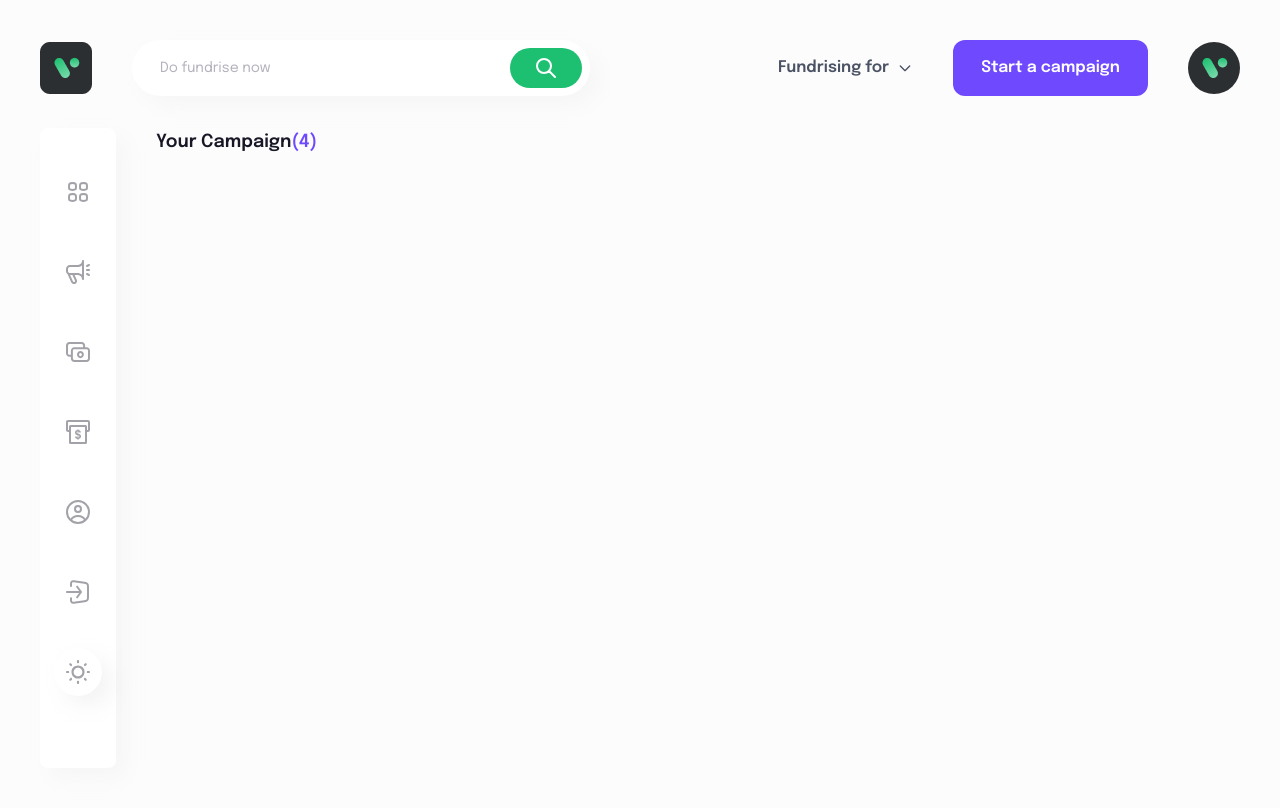
Repository: hoang0508/CrowFunding-APP
Page: /
The author's editor kept a copy of each file at every save. The page is drawn from the files as they stood at one save, then again after the next save.
The browser window is 1280 px wide. The pictures show the whole page.
The project was rebuilt for these pictures with package versions that can differ from the ones it lists, and the page was loaded fresh each time. Also part of the build but not shown: src/components/icons/IconEyeToggle.js, src/components/common/ErrorComponent.js, src/components/button/ButtonGoogle.js. Imported but missing from the stored project, and not drawn on this page: src/store/reducers.

Above is the page before, as saved 2022-07-22 16:22:33.

### public/index.html
<!DOCTYPE html>
<html lang="en">
  <head>
    <meta charset="utf-8" />
    <link rel="icon" href="%PUBLIC_URL%/favicon.ico" />
    <meta name="viewport" content="width=device-width, initial-scale=1" />
    <meta name="theme-color" content="#000000" />
    <meta
      name="description"
      content="Web site created using create-react-app"
    />
    <link rel="apple-touch-icon" href="%PUBLIC_URL%/logo192.png" />
    <!--
      manifest.json provides metadata used when your web app is installed on a
      user's mobile device or desktop. See https://developers.google.com/web/fundamentals/web-app-manifest/
    -->
    <link rel="manifest" href="%PUBLIC_URL%/manifest.json" />
    <!--
      Notice the use of %PUBLIC_URL% in the tags above.
      It will be replaced with the URL of the `public` folder during the build.
      Only files inside the `public` folder can be referenced from the HTML.

      Unlike "/favicon.ico" or "favicon.ico", "%PUBLIC_URL%/favicon.ico" will
      work correctly both with client-side routing and a non-root public URL.
      Learn how to configure a non-root public URL by running `npm run build`.
    -->
    <link rel="preconnect" href="https://fonts.googleapis.com" />
    <link rel="preconnect" href="https://fonts.gstatic.com" crossorigin />
    <link
      href="https://fonts.googleapis.com/css2?family=Epilogue:wght@400;500;600;700&display=swap"
      rel="stylesheet"
    />
    <title>Crowfunding App</title>
  </head>
  <body>
    <noscript>You need to enable JavaScript to run this app.</noscript>
    <div id="root"></div>
    <!--
      This HTML file is a template.
      If you open it directly in the browser, you will see an empty page.

      You can add webfonts, meta tags, or analytics to this file.
      The build step will place the bundled scripts into the <body> tag.

      To begin the development, run `npm start` or `yarn start`.
      To create a production bundle, use `npm run build` or `yarn build`.
    -->
  </body>
</html>

### src/index.js
import React from "react";
import { createRoot } from "react-dom/client";
import App from "./App";
import reportWebVitals from "./reportWebVitals";
import "./index.scss";
import { Provider } from "react-redux";
import { store } from "./store/configureStore";
import { BrowserRouter } from "react-router-dom";

const container = document.getElementById("root");
const root = createRoot(container);

root.render(
  <BrowserRouter>
    <Provider store={store}>
      <App />
    </Provider>
  </BrowserRouter>
);

// If you want to start measuring performance in your app, pass a function
// to log results (for example: reportWebVitals(console.log))
// or send to an analytics endpoint. Learn more: https://bit.ly/CRA-vitals
reportWebVitals();

### src/App.js
import React, { lazy, Suspense } from "react";
import { Route, Routes } from "react-router-dom";
const SignUpPage = lazy(() => import("./pages/SignUpPage"));
const SignInPage = lazy(() => import("./pages/SignInPage"));
const DashboardPage = lazy(() => import("pages/DashboardPage"));

function App() {
  return (
    <Suspense fallback={<></>}>
      <Routes>
        <Route path="/" element={<DashboardPage />}></Route>
        <Route path="/sign-up" element={<SignUpPage />}></Route>
        <Route path="/sign-in" element={<SignInPage />}></Route>
      </Routes>
    </Suspense>
  );
}

export default App;

### src/index.scss
@tailwind base;
@tailwind components;
@tailwind utilities;
@layer base {
  body {
    @apply font-primary text-base font-normal;
    line-height: 1.5;
  }
  input {
    @apply outline-none;
  }
}

input:focus + .error-input {
  display: none;
}

### src/store/configureStore.js
import { configureStore } from "@reduxjs/toolkit";
import createSagaMiddleware from "@redux-saga/core";
import logger from "redux-logger";
import { reducer } from "./reducers";
const sagaMiddleware = createSagaMiddleware();

export const store = configureStore({
  reducer: reducer,
  middleware: (gDM) => gDM().concat(logger, sagaMiddleware),
});
// sagaMiddleware.run(rootSaga);

### src/pages/DashboardPage.js
import Heading from "components/common/Heading";
import LayoutDashboard from "layout/LayoutDashboard";
import React from "react";

const DashboardPage = () => {
  return (
    <LayoutDashboard>
      <Heading number="4">Your Campaign</Heading>
    </LayoutDashboard>
  );
};

export default DashboardPage;

### src/components/icons/index.js
export const { default: IconEyeToggle } = require("./IconEyeToggle");
export const { default: IconDashboard } = require("./IconDashboard");
export const { default: IconCampaign } = require("./IconCampaign");
export const { default: IconDarkmode } = require("./IconDarkmode");
export const { default: IconPayment } = require("./IconPayment");
export const { default: IconProfile } = require("./IconProfile");
export const { default: IconWidthdraw } = require("./IconWidthdraw");
export const { default: IconLogout } = require("./IconLogout");

### src/components/button/index.js
export const { default: Button } = require("./Button");
export const { default: ButtonGoogle } = require("./ButtonGoogle");

### src/components/common/Heading.js
import React from "react";
import classNames from "utils/className";

const Heading = ({ children, className = "", number = "" }) => {
  return (
    <div
      className={classNames("text-lg font-semibold text-text1 mb-5", className)}
    >
      {children}
      {number && <span className="text-secondary">({`${number}`})</span>}
    </div>
  );
};

export default Heading;

### src/layout/LayoutDashboard.js
import DashboardSidebar from "modules/dashboard/DashboardSidebar";
import DashboardTopbar from "modules/dashboard/DashboardTopbar";
import React from "react";

const LayoutDashboard = ({ children }) => {
  return (
    <div className="p-10 bg-lite min-h-screen">
      <DashboardTopbar></DashboardTopbar>
      <div className="flex items-start gap-x-10">
        <DashboardSidebar></DashboardSidebar>
        <div>{children}</div>
      </div>
    </div>
  );
};

export default LayoutDashboard;

### src/components/icons/IconDashboard.js
import React from "react";

const IconDashboard = () => {
  return (
    <span>
      <svg
        width={24}
        height={24}
        viewBox="0 0 24 24"
        fill="none"
        xmlns="http://www.w3.org/2000/svg"
      >
        <path
          fillRule="evenodd"
          clipRule="evenodd"
          d="M3 6.5C3 3.87479 3.02811 3 6.5 3C9.97189 3 10 3.87479 10 6.5C10 9.12521 10.0111 10 6.5 10C2.98893 10 3 9.12521 3 6.5Z"
          stroke="currentColor"
          strokeWidth={2}
          strokeLinecap="round"
          strokeLinejoin="round"
        />
        <path
          fillRule="evenodd"
          clipRule="evenodd"
          d="M14 6.5C14 3.87479 14.0281 3 17.5 3C20.9719 3 21 3.87479 21 6.5C21 9.12521 21.0111 10 17.5 10C13.9889 10 14 9.12521 14 6.5Z"
          stroke="currentColor"
          strokeWidth={2}
          strokeLinecap="round"
          strokeLinejoin="round"
        />
        <path
          fillRule="evenodd"
          clipRule="evenodd"
          d="M3 17.5C3 14.8748 3.02811 14 6.5 14C9.97189 14 10 14.8748 10 17.5C10 20.1252 10.0111 21 6.5 21C2.98893 21 3 20.1252 3 17.5Z"
          stroke="currentColor"
          strokeWidth={2}
          strokeLinecap="round"
          strokeLinejoin="round"
        />
        <path
          fillRule="evenodd"
          clipRule="evenodd"
          d="M14 17.5C14 14.8748 14.0281 14 17.5 14C20.9719 14 21 14.8748 21 17.5C21 20.1252 21.0111 21 17.5 21C13.9889 21 14 20.1252 14 17.5Z"
          stroke="currentColor"
          strokeWidth={2}
          strokeLinecap="round"
          strokeLinejoin="round"
        />
      </svg>
    </span>
  );
};

export default IconDashboard;

### src/components/icons/IconPayment.js
import React from "react";

const IconPayment = () => {
  return (
    <svg
      width={24}
      height={24}
      viewBox="0 0 24 24"
      fill="none"
      xmlns="http://www.w3.org/2000/svg"
    >
      <path
        d="M18.1111 8.14286V5.57143C18.1111 4.88944 17.8536 4.23539 17.3951 3.75315C16.9367 3.27092 16.315 3 15.6667 3H3.44444C2.79614 3 2.17438 3.27092 1.71596 3.75315C1.25754 4.23539 1 4.88944 1 5.57143V13.2857C1 13.9677 1.25754 14.6218 1.71596 15.104C2.17438 15.5862 2.79614 15.8571 3.44444 15.8571H5.88889M8.33333 21H20.5556C21.2039 21 21.8256 20.7291 22.284 20.2468C22.7425 19.7646 23 19.1106 23 18.4286V10.7143C23 10.0323 22.7425 9.37825 22.284 8.89601C21.8256 8.41377 21.2039 8.14286 20.5556 8.14286H8.33333C7.68503 8.14286 7.06327 8.41377 6.60485 8.89601C6.14643 9.37825 5.88889 10.0323 5.88889 10.7143V18.4286C5.88889 19.1106 6.14643 19.7646 6.60485 20.2468C7.06327 20.7291 7.68503 21 8.33333 21ZM16.8889 14.5714C16.8889 15.2534 16.6313 15.9075 16.1729 16.3897C15.7145 16.8719 15.0928 17.1429 14.4444 17.1429C13.7961 17.1429 13.1744 16.8719 12.716 16.3897C12.2575 15.9075 12 15.2534 12 14.5714C12 13.8894 12.2575 13.2354 12.716 12.7532C13.1744 12.2709 13.7961 12 14.4444 12C15.0928 12 15.7145 12.2709 16.1729 12.7532C16.6313 13.2354 16.8889 13.8894 16.8889 14.5714Z"
        stroke="#A2A2A8"
        strokeWidth={2}
        strokeLinecap="round"
        strokeLinejoin="round"
      />
    </svg>
  );
};

export default IconPayment;

### src/components/icons/IconProfile.js
import React from "react";

const IconProfile = () => {
  return (
    <svg
      width={24}
      height={24}
      viewBox="0 0 24 24"
      fill="none"
      xmlns="http://www.w3.org/2000/svg"
    >
      <circle
        cx={12}
        cy={9}
        r={3}
        stroke="#A2A2A8"
        strokeWidth={2}
        strokeLinecap="round"
      />
      <circle cx={12} cy={12} r={11} stroke="#A2A2A8" strokeWidth={2} />
      <path
        d="M19 20C18.5871 18.8525 17.6773 17.8384 16.4117 17.1152C15.146 16.392 13.5953 16 12 16C10.4047 16 8.85398 16.392 7.58835 17.1152C6.32271 17.8384 5.41289 18.8525 5 20"
        stroke="#A2A2A8"
        strokeWidth={2}
        strokeLinecap="round"
      />
    </svg>
  );
};

export default IconProfile;

### src/components/icons/IconWidthdraw.js
import React from "react";

const IconWidthdraw = () => {
  return (
    <svg
      width={24}
      height={24}
      viewBox="0 0 24 24"
      fill="none"
      xmlns="http://www.w3.org/2000/svg"
    >
      <path
        d="M4.46098 11H2.1C1.49249 11 1 10.5026 1 9.88889V2.11111C1 1.49746 1.49249 1 2.1 1H21.9C22.5075 1 23 1.49746 23 2.11111V9.88889C23 10.5026 22.5075 11 21.9 11H19.8207"
        stroke="#A2A2A8"
        strokeWidth={2}
      />
      <path
        d="M19.4286 6H4.57143C4.25583 6 4 6.24551 4 6.54839V22.4516C4 22.7545 4.25583 23 4.57143 23H19.4286C19.7442 23 20 22.7545 20 22.4516V6.54839C20 6.24551 19.7442 6 19.4286 6Z"
        stroke="#A2A2A8"
        strokeWidth={2}
      />
      <path
        d="M15 16.3794C15 16.8153 14.8949 17.2259 14.6848 17.6114C14.4825 17.9886 14.179 18.3029 13.7744 18.5543C13.3775 18.7973 12.9066 18.9398 12.3619 18.9817V20H11.6148V18.9691C10.8366 18.8937 10.2101 18.6423 9.73537 18.2149C9.2607 17.779 9.0156 17.1924 9 16.4549H10.751C10.7977 17.0583 11.0856 17.4229 11.6148 17.5486V15.1474C11.0545 14.9966 10.6031 14.8457 10.2607 14.6949C9.9183 14.544 9.62258 14.301 9.37358 13.9657C9.1245 13.6304 9 13.1737 9 12.5954C9 11.8663 9.24128 11.2713 9.72375 10.8103C10.214 10.3493 10.8443 10.0853 11.6148 10.0183V9H12.3619V10.0183C13.109 10.0853 13.7043 10.3284 14.1479 10.7474C14.5992 11.1665 14.8522 11.7447 14.9066 12.4823H13.144C13.1206 12.2393 13.0389 12.0297 12.8988 11.8537C12.7665 11.6693 12.5876 11.5394 12.3619 11.464V13.84C12.9455 13.9993 13.4047 14.1543 13.7393 14.3051C14.0817 14.4476 14.3774 14.6864 14.6264 15.0217C14.8755 15.3486 15 15.8011 15 16.3794ZM10.7043 12.5074C10.7043 12.784 10.7821 13.0103 10.9378 13.1863C11.0934 13.3539 11.3191 13.4922 11.6148 13.6011V11.4263C11.3346 11.4682 11.1128 11.5813 10.9494 11.7657C10.786 11.9501 10.7043 12.1973 10.7043 12.5074ZM12.3619 17.5737C12.6576 17.515 12.8872 17.3851 13.0506 17.184C13.2218 16.9829 13.3074 16.7398 13.3074 16.4549C13.3074 16.1783 13.2256 15.9562 13.0622 15.7886C12.8988 15.621 12.6654 15.4827 12.3619 15.3737V17.5737Z"
        fill="#A2A2A8"
      />
    </svg>
  );
};

export default IconWidthdraw;

### src/components/icons/IconLogout.js
import React from "react";

const IconLogout = () => {
  return (
    <svg
      width={24}
      height={24}
      viewBox="0 0 24 24"
      fill="none"
      xmlns="http://www.w3.org/2000/svg"
    >
      <path
        d="M5.67965 22.2267L5.01948 22.9778L5.67965 22.2267ZM21.2533 20.1437L22.0045 20.8039L21.2533 20.1437ZM16.7701 2.52318L16.6417 3.51491L16.7701 2.52318ZM5.67965 1.77328L5.01948 1.02216L5.67965 1.77328ZM9.38503 2.57581L16.6417 3.51491L16.8984 1.53145L9.64171 0.592353L9.38503 2.57581ZM21 8.47356V15.5264H23V8.47356H21ZM16.6417 20.4851L9.38502 21.4242L9.64171 23.4076L16.8984 22.4685L16.6417 20.4851ZM6 6.64513V5.551H4V6.64513H6ZM6 18.449V17.5726H4V18.449H6ZM9.38502 21.4242C8.30383 21.5641 7.5977 21.6531 7.07374 21.6474C6.57822 21.642 6.42467 21.5502 6.33983 21.4756L5.01948 22.9778C5.61428 23.5006 6.32624 23.6394 7.05199 23.6473C7.74929 23.6549 8.62019 23.5398 9.64171 23.4076L9.38502 21.4242ZM4 18.449C4 19.479 3.99767 20.3575 4.09468 21.0481C4.19565 21.7668 4.42467 22.455 5.01948 22.9778L6.33983 21.4756C6.25498 21.401 6.14417 21.2605 6.07523 20.7698C6.00233 20.2509 6 19.5392 6 18.449H4ZM21 15.5264C21 16.8086 20.9981 17.6759 20.9147 18.3324C20.8348 18.9608 20.6934 19.2661 20.5022 19.4836L22.0045 20.8039C22.56 20.1719 22.7919 19.4245 22.8987 18.5846C23.0019 17.7728 23 16.7561 23 15.5264H21ZM16.8984 22.4685C18.1179 22.3107 19.1264 22.1821 19.9182 21.9756C20.7375 21.7619 21.4489 21.436 22.0045 20.8039L20.5022 19.4836C20.3111 19.701 20.0264 19.8804 19.4135 20.0403C18.7731 20.2074 17.9133 20.3205 16.6417 20.4851L16.8984 22.4685ZM16.6417 3.51491C17.9133 3.67947 18.7731 3.79264 19.4135 3.95967C20.0264 4.11956 20.3111 4.29896 20.5022 4.51643L22.0045 3.19609C21.4489 2.56405 20.7375 2.2381 19.9182 2.02442C19.1264 1.81788 18.1179 1.68927 16.8984 1.53145L16.6417 3.51491ZM23 8.47356C23 7.2439 23.0019 6.22723 22.8987 5.41542C22.7919 4.57554 22.56 3.82812 22.0045 3.19609L20.5022 4.51643C20.6934 4.73391 20.8348 5.03922 20.9147 5.66765C20.9981 6.32415 21 7.19136 21 8.47356H23ZM9.64171 0.592353C8.62019 0.460156 7.74929 0.345098 7.05199 0.352683C6.32624 0.360577 5.61428 0.499373 5.01948 1.02216L6.33983 2.52439C6.42467 2.44981 6.57822 2.35795 7.07374 2.35256C7.5977 2.34687 8.30383 2.43589 9.38503 2.57581L9.64171 0.592353ZM6 5.551C6 4.4608 6.00233 3.74908 6.07523 3.23018C6.14417 2.73945 6.25498 2.59896 6.33983 2.52439L5.01948 1.02216C4.42467 1.54495 4.19565 2.23321 4.09468 2.95194C3.99767 3.6425 4 4.52097 4 5.551H6Z"
        fill="#A2A2A8"
      />
      <path
        d="M15 12L15.8107 11.4145L16.2335 12L15.8107 12.5855L15 12ZM1 13C0.447715 13 0 12.5523 0 12C0 11.4477 0.447715 11 1 11V13ZM11.4773 5.41451L15.8107 11.4145L14.1893 12.5855L9.85599 6.58549L11.4773 5.41451ZM15.8107 12.5855L11.4773 18.5855L9.85599 17.4145L14.1893 11.4145L15.8107 12.5855ZM15 13H1V11H15V13Z"
        fill="#A2A2A8"
      />
    </svg>
  );
};

export default IconLogout;

### src/components/button/Button.js
import React from "react";
import PropTypes from "prop-types";
import classNames from "utils/className";

const Button = ({
  type,
  children,
  className = "",
  isLoading = false,
  ...rest
}) => {
  const child = !!isLoading ? (
    <div className="w-10 h-10 border-4 border-white border-t-transparent border-b-transparent rounded-full animate-spin"></div>
  ) : (
    children
  );
  return (
    <button
      type={type}
      className={classNames(
        "font-semibold p-4 rounded-xl flex justify-center items-center min-h-[56px]  text-white",
        !!isLoading ? "opacity-50 pointer-events-none" : "",
        className
      )}
      // className={`font-semibold py-4 rounded-xl flex justify-center items-center min-h-[56px]
      // ${className} text-white ${
      //   !!isLoading ? "opacity-50 pointer-events-none" : ""
      // }`}
      {...rest}
    >
      {child}
    </button>
  );
};

Button.propTypes = {
  type: PropTypes.string.isRequired,
  className: PropTypes.string,
  children: PropTypes.node,
  isLoading: PropTypes.bool,
};

export default Button;

### src/utils/className.js
export default function classNames(...args) {
  return args
    .reduce((acc, val) => {
      if (typeof val === "string") {
        return acc.concat(val.split(" "));
      }
      return acc.concat(Object.values(val));
    }, [])
    .join(" ");
}

### src/modules/dashboard/DashboardSidebar.js
import {
  IconCampaign,
  IconDarkmode,
  IconDashboard,
  IconLogout,
  IconPayment,
  IconProfile,
  IconWidthdraw,
} from "components/icons";
import React from "react";
import { NavLink } from "react-router-dom";
import classNames from "utils/className";

const sidebarLinks = [
  {
    icon: <IconDashboard></IconDashboard>,
    title: "Dashboard",
    url: "/",
  },
  {
    icon: <IconCampaign></IconCampaign>,
    title: "Campaign",
    url: "/campaign",
  },
  {
    icon: <IconPayment></IconPayment>,
    title: "Payment",
    url: "/payment",
  },
  {
    icon: <IconWidthdraw></IconWidthdraw>,
    title: "Withdraw",
    url: "/withdraw",
  },
  {
    icon: <IconProfile></IconProfile>,
    title: "Profile",
    url: "/profile",
  },
  {
    icon: <IconLogout></IconLogout>,
    title: "Logout",
    url: "#",
    onclick: () => {},
  },
  {
    icon: <IconDarkmode></IconDarkmode>,
    title: "Light/Dark",
    url: "#",
  },
];

const DashboardSidebar = () => {
  return (
    <div className="w-full md:w-[76px] rounded-lg shadow-[10px_10px_20px_rgba(218,_213,_213,_0.15)] bg-white px-[14px] py-10">
      {sidebarLinks.map((link) => (
        <NavLink
          to={link.url}
          key={link.title}
          className={classNames(
            "flex items-center md:justify-center md:w-12 md:h-12 md:rounded-3xl md:mb-8 text-icon-color last:bg-white last:mt-auto last:shadow-sdprimary",
            ({ isActive }) => (isActive ? "bg-primary" : "")
          )}
        >
          <span>{link.icon}</span>
          <span className="md:hidden">{link.title}</span>
        </NavLink>
      ))}
    </div>
  );
};

export default DashboardSidebar;

### src/modules/dashboard/DashboardTopbar.js
import { Button } from "components/button";
import React from "react";
import DashboardFunc from "./DashboardFunc";
import DashboardSearch from "./DashboardSearch";

const DashboardTopbar = () => {
  return (
    <div className="flex items-center justify-between mb-8">
      <div className="flex items-center gap-x-10 flex-1">
        <img src="/logo.png" alt="crowfunding-app" />
        <div className="w-full max-w-[458px] ">
          <DashboardSearch></DashboardSearch>
        </div>
      </div>
      <div className="flex items-center gap-x-10 flex-1 justify-end">
        <DashboardFunc></DashboardFunc>
        <Button type="button" className="bg-secondary px-7">
          Start a campaign
        </Button>
        <img
          src="/logo.png"
          alt="crowfunding-app"
          className="rounded-full object-cover"
        />
      </div>
    </div>
  );
};

export default DashboardTopbar;

### src/modules/dashboard/DashboardFunc.js
import React from "react";

const DashboardFunc = () => {
  return (
    <div className="text-text2 font-semibold flex items-center gap-x-2">
      <span>Fundrising for</span>
      <span className="w-4">
        <svg
          xmlns="http://www.w3.org/2000/svg"
          className="h-6 w-6 max-w-full"
          fill="none"
          viewBox="0 0 24 24"
          stroke="currentColor"
        >
          <path
            strokeLinecap="round"
            strokeLinejoin="round"
            strokeWidth={2}
            d="M19 9l-7 7-7-7"
          />
        </svg>
      </span>
    </div>
  );
};

export default DashboardFunc;

### src/modules/dashboard/DashboardSearch.js
import React from "react";

const DashboardSearch = () => {
  return (
    <div className="bg-white rounded-full shadow-[10px_10px_20px_rgba(218,_213,_213,_0.15)] p-2 flex items-center">
      <div className="flex-1">
        <input
          type="text"
          placeholder="Do fundrise now"
          className=" w-full text-sm font-normal placeholder:text-text4 px-5 text-text1"
        />
      </div>
      <button className="w-[72px] h-10 rounded-full bg-primary text-white flex items-center justify-center flex-shrink-0">
        <svg
          xmlns="http://www.w3.org/2000/svg"
          className="h-6 w-6"
          fill="none"
          viewBox="0 0 24 24"
          stroke="currentColor"
        >
          <path
            strokeLinecap="round"
            strokeLinejoin="round"
            strokeWidth={2}
            d="M21 21l-6-6m2-5a7 7 0 11-14 0 7 7 0 0114 0z"
          />
        </svg>
      </button>
    </div>
  );
};

export default DashboardSearch;

### tailwind.config.js
module.exports = {
  darkMode: "class",
  content: ["./src/**/*.{js,jsx,ts,tsx}"],
  theme: {
    extend: {
      fontFamily: {
        primary: ["Epilogue", "sans-serif;"],
      },
      colors: {
        primary: "#1DC071",
        secondary: "#6F49FD",
        text1: "#171725",
        text2: "#4B5264",
        text3: "#808191",
        text4: "#B2B3BD",
        "icon-color": "#A2A2A8",
        white: "#FFFFFF",
        whiteSoft: "#FCFBFF",
        graySoft: "#FCFCFC",
        strock: "#F1F1F3",
        lite: "#FCFCFD",
        error: "#EB5757",
        darkbg: "#13131A",
        darkSecondary: "#1C1C24",
        softDark: "#22222C",
        darkSoft: "#24242C",
        darkStroke: "#3A3A43",
      },
    },
    boxShadow: {
      sdprimary: "10px 10px 20px rgba(211, 211, 211, 0.25)",
    },
  },
  plugins: [],
};

### src/modules/campaign/CampaignItem.js
import React from "react";

const CampaignItem = () => {
  return <div></div>;
};

export default CampaignItem;

Loaded but not shown: src/reportWebVitals.js (common file); src/components/icons/IconCampaign.js (27 lines, source omitted); src/components/icons/IconDarkmode.js (20 lines, source omitted)

After the next save:
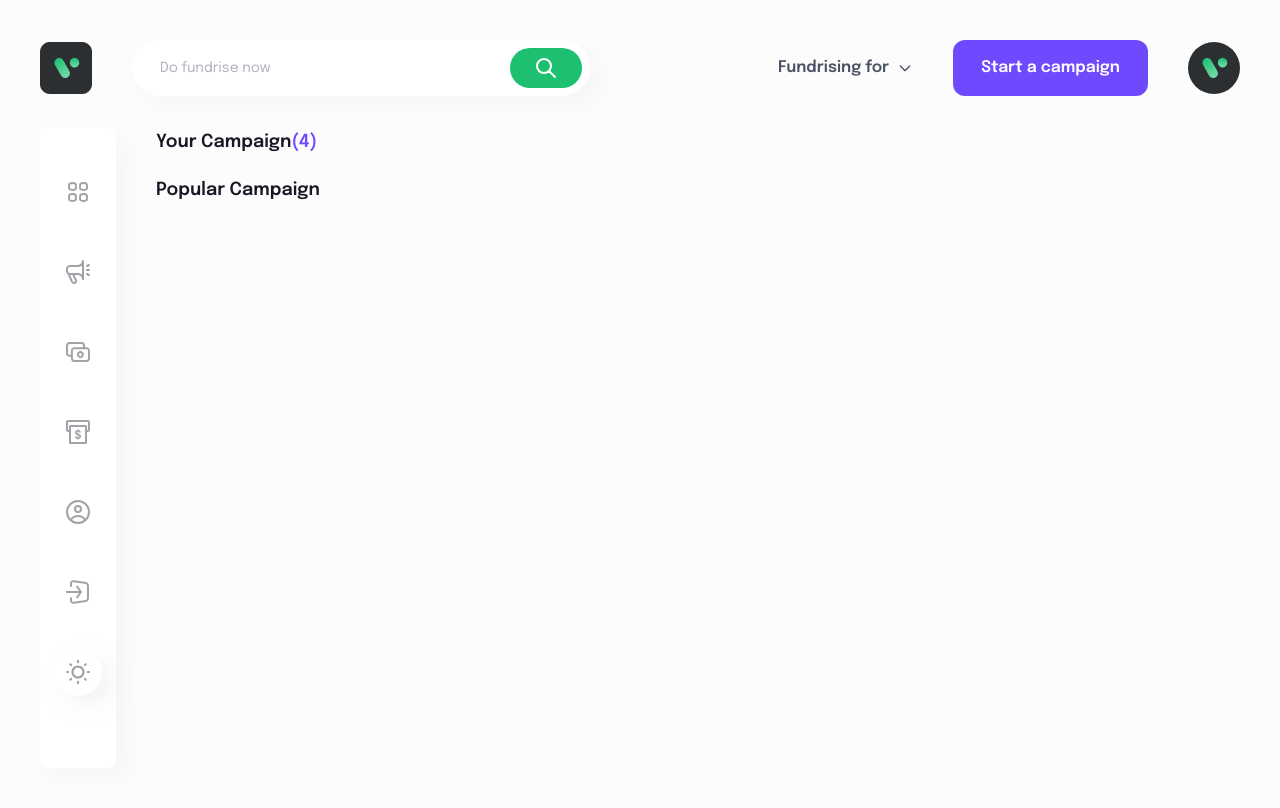
Saved 2 min 30 s later.
--- a/src/pages/DashboardPage.js
+++ b/src/pages/DashboardPage.js
@@ -1,11 +1,19 @@
 import Heading from "components/common/Heading";
 import LayoutDashboard from "layout/LayoutDashboard";
+import CampaignItem from "modules/campaign/CampaignItem";
 import React from "react";
+import { v4 } from "uuid";
 
 const DashboardPage = () => {
   return (
     <LayoutDashboard>
       <Heading number="4">Your Campaign</Heading>
+      <Heading>Popular Campaign</Heading>
+      {Array(4)
+        .fill(0)
+        .map((item) => (
+          <CampaignItem key={v4()}></CampaignItem>
+        ))}
     </LayoutDashboard>
   );
 };
